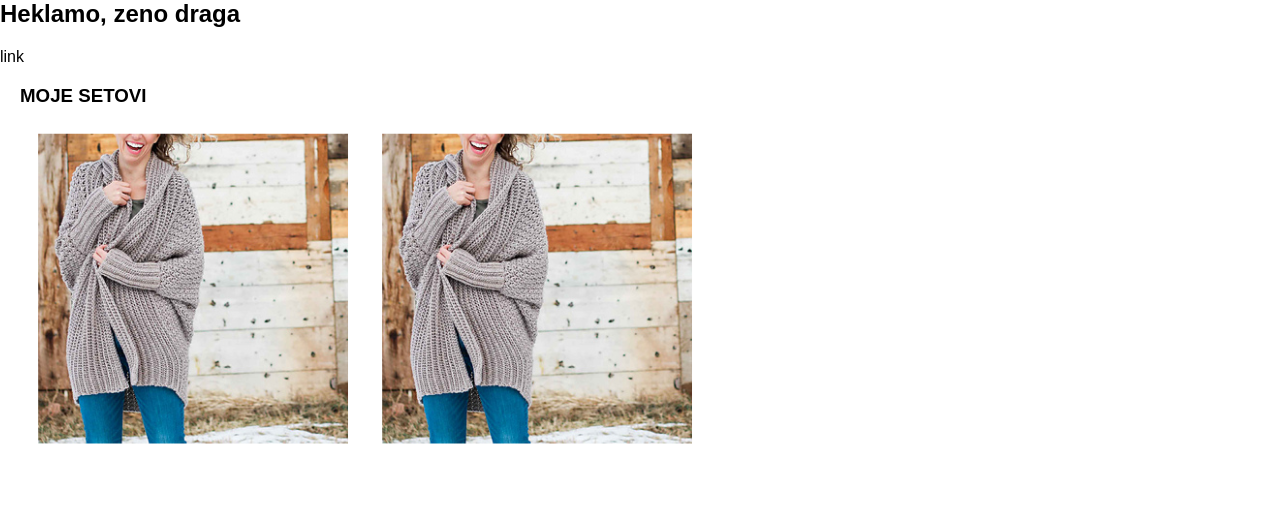
Repository: sdnc/Heklamo
Page: index.html
An editor plug-in stored every save of this project. The page is shown before and after a run of saves, followed by the edit.
The browser window is 1280 px wide. The pictures show the whole page.

Above is the page before, as saved 2020-12-24 13:04:53.

### index.html
<html>

<head>
  <meta charset="UTF-8" />
  <meta name="viewport" content="width=device-width, initial-scale=1.0" />
  <title>Heklamo</title>
  <link href="https://maxcdn.bootstrapcdn.com/font-awesome/4.7.0/css/font-awesome.min.css" rel="stylesheet">
  <link rel="stylesheet" href="styles.css" />
  <script src="https://unpkg.com/vue@next" defer></script>
  <script src="app.js" defer></script>
</head>

<body>
  <!--1) -->
  <!--2) -->
  <section id="header">
    <h1>Heklamo, zeno draga</h1>
    <nav>link</nav>
  </section>
    <section id="sets">
      <h3>MOJE SETOVI</h3>
    <div class="card">
      <div class="image">
        <img
          src="img/habitatcardigan.jpg" />
      </div>
      <div class="details">
        <div class="center">
          <h1>The Habitat Cardigan<br><span>Difficulty: 2/5</span></h1>
          <p>You will need:</p>
          <button>Let's do it!</button>
        </div>
      </div>
    </div>

    <div class="card">
      <div class="image">
        <img src="img/habitatcardigan.jpg" />
      </div>
      <div class="details">
        <div class="center">
          <h1>The Habitat Cardigan<br><span>Difficulty: 2/5</span></h1>
          <p>You will need:</p>
          <button>Let's do it!</button>
        </div>
      </div>
    </div>
  </section>

  <section id="inspiration">

  </section>

  <section id="buy">

  </section>
</body>

</html>

### styles.css
body {
  margin: 0;
  padding: 0;
  font-family: sans-serif;
}

#sets {
  margin: auto;
  margin-left: 20px;
}

.card {
  margin: 5px 15px;
  display: inline-block;
  transform: translate(1%,1%);
  width: 310px;
  height: 350px;
}
.image {
  width: 310px;
  height: 350px;
  overflow: hidden;
}
.card .image img {
  width: 100%;
  transition: .5s;
}
.card:hover .image img {
  opacity: .5;
  transform: translateX(30%);/*100%*/
}
.card .details {
  position: absolute;
  top: 0;
  left: 0;
  width: 70%;/*100%*/
  height: 89%;
  background: #ffc107;
  transition: .5s;
  transform-origin: left;
  transform: perspective(2000px) rotateY(-90deg);
}
.card:hover .details {
  transform: perspective(2000px) rotateY(0deg);
}
.card .details .center {
  padding: 20px;
  text-align: center;
  background: #fff;
  position: absolute;
  top: 50%;
  transform: translateY(-50%);
}
.card .details .center h1 {
  margin: 0;
  padding: 0;
  color: #ff3636;
  line-height: 20px;
  font-size: 20px;
  text-transform: uppercase;
}
.card .details .center h1 span {
  font-size: 14px;
  color: #262626;
}
.card .details .center p {
  margin: 10px 0;
  padding: 0;
  color: #262626;
}

Loaded but not shown: app.js (no copy from this time; the picture is the same without it)

After the next 2 saves:
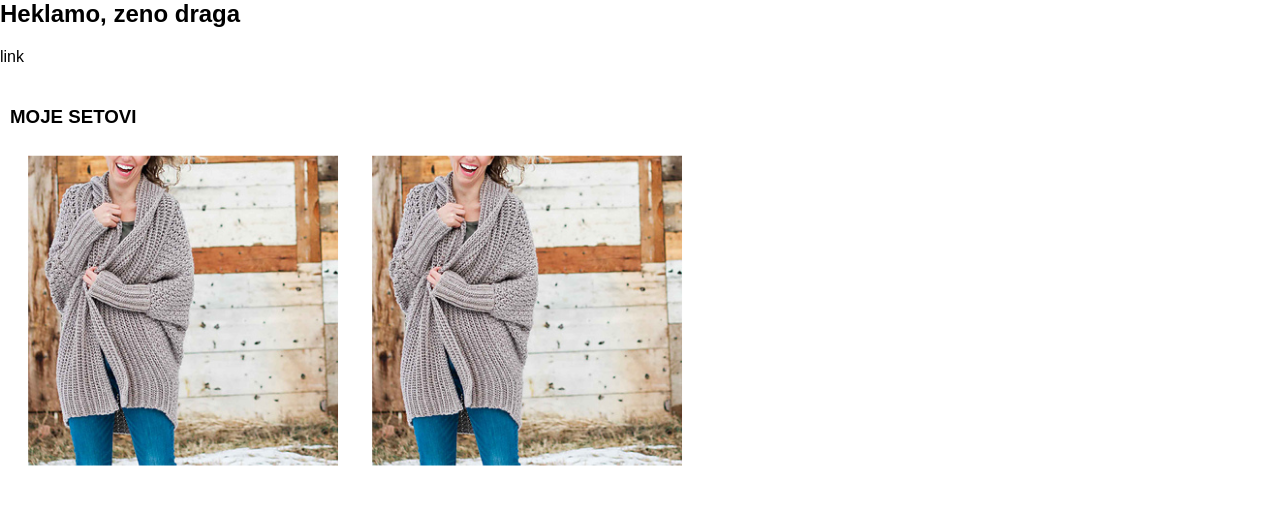
The 2 saves are shown as one change because they came seconds apart.
The last was saved 16 s later.
--- a/styles.css
+++ b/styles.css
@@ -5,8 +5,7 @@ body {
 }
 
 #sets {
-  margin: auto;
-  margin-left: 20px;
+  margin: 40px 0 15px 10px;
 }
 
 .card {
